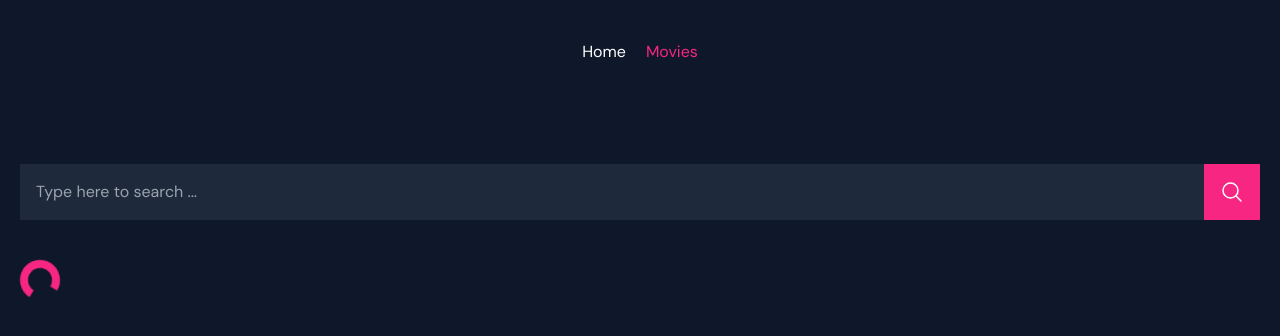
Repository: thanhdinh01/simple-movie
Page: /movies
The author's editor kept a copy of each file at every save. The page is drawn from the files as they stood at one save, then again after the next save.
The browser window is 1280 px wide. The pictures show the whole page.
The page's requests for data from a server got no answer. The project was rebuilt for these pictures with package versions that can differ from the ones it lists, and the page was loaded fresh each time. No one was signed in, and anything a server would have sent is missing. Also part of the build but not shown: src/components/banner/Banner.js, src/components/movie/MovieCard.js, src/components/movie/MovieList.js, src/pages/HomePage.js, src/pages/MovieDetailPage.js.

Above is the page before, as saved 2023-03-01 11:11:12.

### public/index.html
<!DOCTYPE html>
<html lang="en">
  <head>
    <meta charset="utf-8" />
    <link rel="icon" href="%PUBLIC_URL%/favicon.ico" />
    <meta name="viewport" content="width=device-width, initial-scale=1" />
    <meta name="theme-color" content="#000000" />
    <meta
      name="description"
      content="Web site created using create-react-app"
    />
    <link rel="apple-touch-icon" href="%PUBLIC_URL%/logo192.png" />
    <!--
      manifest.json provides metadata used when your web app is installed on a
      user's mobile device or desktop. See https://developers.google.com/web/fundamentals/web-app-manifest/
    -->
    <link rel="manifest" href="%PUBLIC_URL%/manifest.json" />
    <link rel="preconnect" href="https://fonts.googleapis.com" />
    <link rel="preconnect" href="https://fonts.gstatic.com" crossorigin />
    <link
      href="https://fonts.googleapis.com/css2?family=DM+Sans:wght@400;500;700&display=swap"
      rel="stylesheet"
    />
    <!--
      Notice the use of %PUBLIC_URL% in the tags above.
      It will be replaced with the URL of the `public` folder during the build.
      Only files inside the `public` folder can be referenced from the HTML.

      Unlike "/favicon.ico" or "favicon.ico", "%PUBLIC_URL%/favicon.ico" will
      work correctly both with client-side routing and a non-root public URL.
      Learn how to configure a non-root public URL by running `npm run build`.
    -->
    <title>React App</title>
  </head>
  <body>
    <noscript>You need to enable JavaScript to run this app.</noscript>
    <div id="root"></div>
    <!--
      This HTML file is a template.
      If you open it directly in the browser, you will see an empty page.

      You can add webfonts, meta tags, or analytics to this file.
      The build step will place the bundled scripts into the <body> tag.

      To begin the development, run `npm start` or `yarn start`.
      To create a production bundle, use `npm run build` or `yarn build`.
    -->
  </body>
</html>

### src/index.scss
@tailwind base;
@tailwind components;
@tailwind utilities;

@layer base {
  body {
    @apply bg-slate-900 font-thanh px-5 text-white;
  }
}

@layer components {
  .page-container {
    max-width: 1280px;
    @apply mx-auto;
  }

  .movie-list .swiper-slide {
    width: 300px;
    height: auto;
  }

  .banner .swiper {
    height: 100%;
  }
}

### src/App.js
import { Fragment, React } from "react";
import "swiper/scss";
import Banner from "./components/banner/Banner";
import { Route, Routes } from "react-router-dom";
import Main from "./components/layout/Main";
import HomePage from "./pages/HomePage";
import MoviePage from "./pages/MoviePage";
import MovieDetailPage from "./pages/MovieDetailPage";

function App() {
  return (
    <Fragment>
      <Routes>
        <Route element={<Main></Main>}>
          <Route
            path="/"
            element={
              <>
                <Banner></Banner>
                <HomePage></HomePage>
              </>
            }
          ></Route>
          <Route path="/movies" element={<MoviePage></MoviePage>}></Route>
          <Route
            path="/movie/:movieId"
            element={<MovieDetailPage></MovieDetailPage>}
          ></Route>
        </Route>
      </Routes>
    </Fragment>
  );
}

export default App;

### src/components/layout/Main.js
import React, { Fragment } from "react";
import { Outlet } from "react-router";
import Header from "./Header";

const Main = () => {
  return (
    <Fragment>
      <Header></Header>
      <Outlet></Outlet>
    </Fragment>
  );
};

export default Main;

### src/pages/MoviePage.js
import React, { useEffect, useState } from "react";
import { fetcher } from "../config";
import useSWR from "swr";
import MovieCard from "../components/movie/MovieCard";
import useDebounce from "../hooks/useDebounce";

const MoviePage = () => {
  // const [movies, setMovies] = useState([]);
  const [filter, setFilter] = useState("");
  const [url, setUrl] = useState(
    "https://api.themoviedb.org/3/movie/popular?api_key=3ebac7519711ebbec5fcfb8abd2d5d99"
  );
  let debounceValue = useDebounce(filter, 500);

  const { data, error } = useSWR(url, fetcher);

  useEffect(() => {
    if (debounceValue) {
      setUrl(
        `https://api.themoviedb.org/3/search/movie?api_key=3ebac7519711ebbec5fcfb8abd2d5d99&query=${debounceValue}`
      );
    } else {
      setUrl(
        "https://api.themoviedb.org/3/movie/popular?api_key=3ebac7519711ebbec5fcfb8abd2d5d99"
      );
    }
  }, [debounceValue]);

  // useEffect(() => {
  //   if (data) setMovies(data?.results);
  // }, [data]);

  const handleChangeSearch = (e) => {
    console.log("value:", e.target.value);
    setFilter(e.target.value);
    console.log("debounceValue:", debounceValue);
  };

  const loading = !data && !error;

  const movies = data?.results || [];

  return (
    <div className="page-container py-10">
      <div className="flex mb-10">
        <div className="flex-1">
          <input
            type="text"
            placeholder="Type here to search ..."
            className="w-full outline-none bg-slate-800 p-4 text-white"
            onChange={handleChangeSearch}
          />
        </div>
        <button className="p-4 bg-primary text-white">
          <svg
            xmlns="http://www.w3.org/2000/svg"
            fill="none"
            viewBox="0 0 24 24"
            strokeWidth="1.5"
            stroke="currentColor"
            className="w-6 h-6"
          >
            <path
              strokeLinecap="round"
              strokeLinejoin="round"
              d="M21 21l-5.197-5.197m0 0A7.5 7.5 0 105.196 5.196a7.5 7.5 0 0010.607 10.607z"
            />
          </svg>
        </button>
      </div>
      {!loading && (
        <div className="flex justify-center items-center h-10 w-10 rounded-full border-8 border-primary border-t-transparent animate-spin"></div>
      )}
      {!loading && (
        <div className="grid grid-cols-4 gap-10 text-white">
          {movies?.length > 0 &&
            movies.map((item) => (
              <MovieCard key={item.id} item={item}></MovieCard>
            ))}
        </div>
      )}
    </div>
  );
};

export default MoviePage;

### src/config.js
export const fetcher = (...args) => fetch(...args).then((res) => res.json());

export const apiKey = "3ebac7519711ebbec5fcfb8abd2d5d99";

### src/components/layout/Header.js
import React from "react";
import { NavLink } from "react-router-dom";

const Header = () => {
  return (
    <header className="header flex items-center justify-center gap-x-5 py-10 mb-5 text-white">
      <NavLink
        to="/"
        className={({ isActive }) => (isActive ? "text-primary" : "text-white")}
      >
        Home
      </NavLink>
      <NavLink
        to="/movies"
        className={({ isActive }) => (isActive ? "text-primary" : "text-white")}
      >
        Movies
      </NavLink>
    </header>
  );
};

export default Header;

### src/hooks/useDebounce.js
import { useEffect, useState } from "react";

export default function useDebounce(value = "", delay = 1000) {
  const [debouncedValue, setDebouncedValue] = useState(value);

  useEffect(() => {
    const timer = setTimeout(() => setDebouncedValue(value), delay || 500);

    return () => {
      clearTimeout(timer);
    };
  }, [value, delay]);

  return debouncedValue;
}

### tailwind.config.js
/** @type {import('tailwindcss').Config} */
module.exports = {
  content: ["./src/**/*.{js,jsx,ts,tsx}"],
  theme: {
    extend: {
      fontFamily: {
        thanh: ["DM sans", "sans-serif"],
      },
      colors: {
        primary: "#F62682",
        second: "#5f27cd",
      },
    },
  },
  plugins: [],
};

Loaded but not shown: src/index.js (common file); src/reportWebVitals.js (common file)

After the next save:
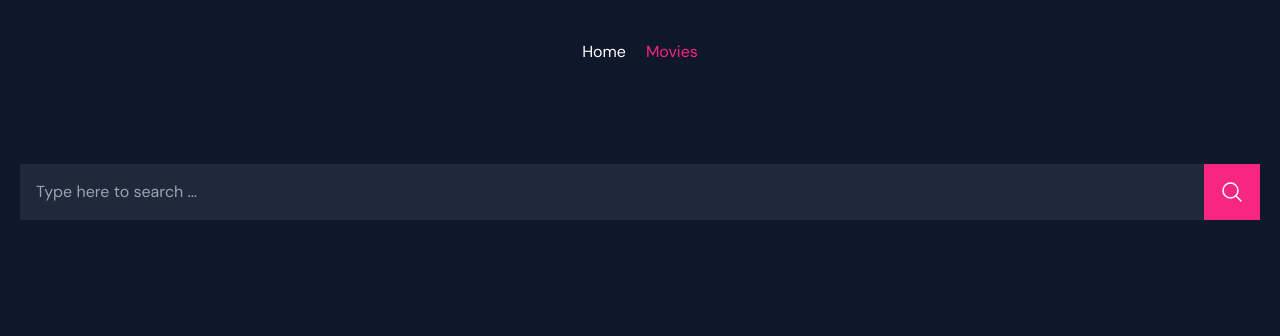
Saved 5 s later.
--- a/src/pages/MoviePage.js
+++ b/src/pages/MoviePage.js
@@ -68,7 +68,7 @@
           </svg>
         </button>
       </div>
-      {!loading && (
+      {loading && (
         <div className="flex justify-center items-center h-10 w-10 rounded-full border-8 border-primary border-t-transparent animate-spin"></div>
       )}
       {!loading && (

After the save that followed:
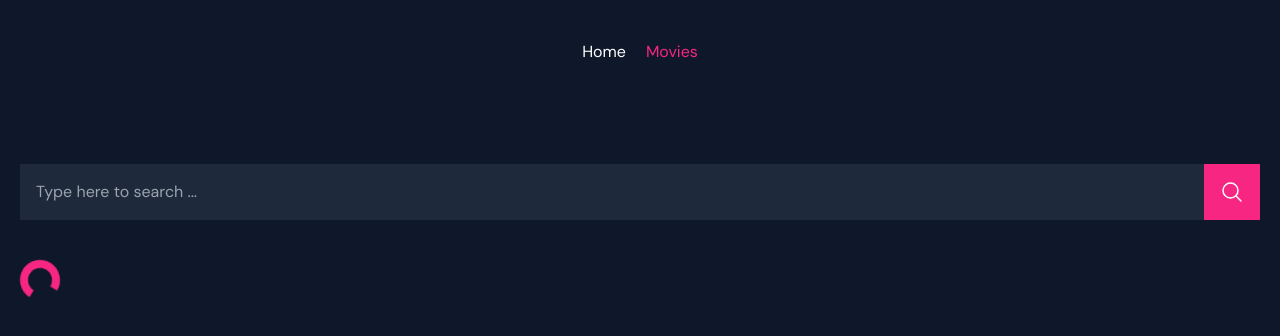
Saved 28 s later.
--- a/src/pages/MoviePage.js
+++ b/src/pages/MoviePage.js
@@ -68,7 +68,7 @@
           </svg>
         </button>
       </div>
-      {loading && (
+      {!loading && (
         <div className="flex justify-center items-center h-10 w-10 rounded-full border-8 border-primary border-t-transparent animate-spin"></div>
       )}
       {!loading && (
